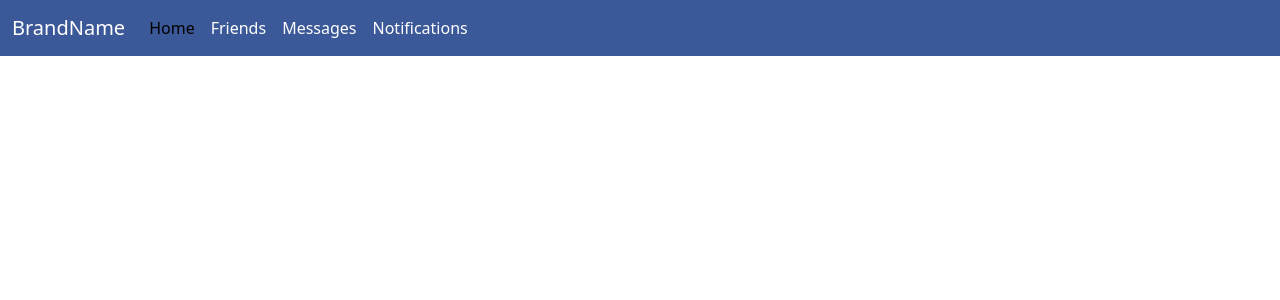
Repository: BoguszKonrady/FORUM
Page: http://localhost/app/views/layout/navbar.php
An editor plug-in stored every save of this project. The page is shown before and after the next save, followed by the edit.
The browser window is 1280 px wide. The pictures show the whole page.
The page is run by PHP 8.4 with error messages shown; the project is at /var/www/html/.

Above is the page before, as saved 2024-06-06 20:54:10.

After the next save:
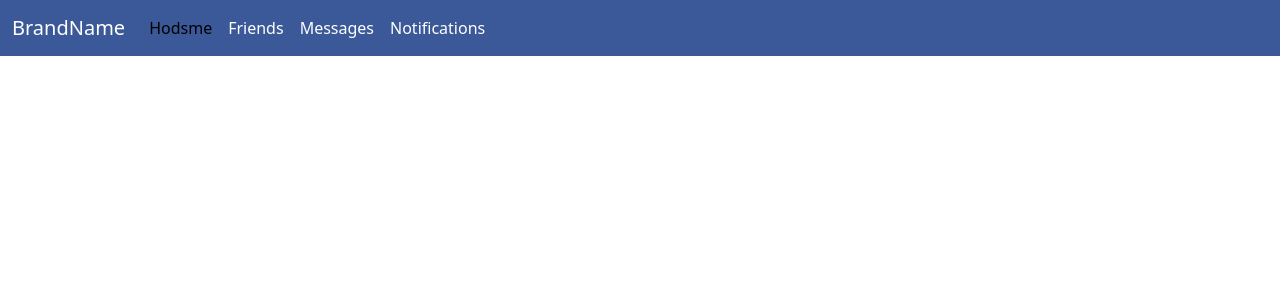
Saved 4 s later.
--- a/app/views/layout/navbar.php
+++ b/app/views/layout/navbar.php
@@ -35,7 +35,7 @@
             <form class="d-flex" role="search">
             <ul class="navbar-nav me-auto mb-2 mb-lg-0">
                 <li class="nav-item">
-                    <a class="nav-link active" aria-current="page" href="#">Home</a>
+                    <a class="nav-link active" aria-current="page" href="#">Hodsme</a>
                 </li>
                 <li class="nav-item">
                     <a class="nav-link" href="#">Friends</a>
